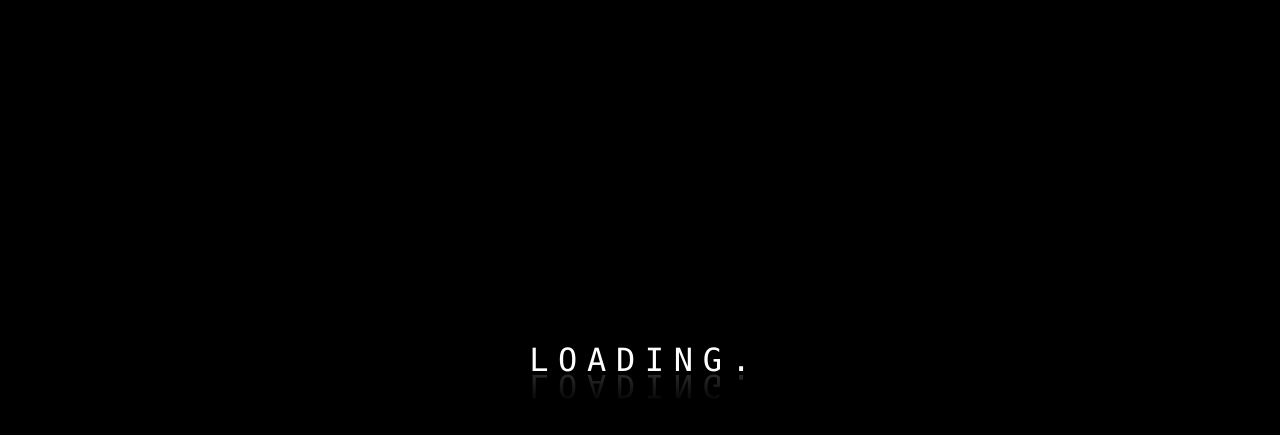
Repository: zjria/loading-text
Page: index.html
The author's editor kept a copy of each file at every save. The page is drawn from the files as they stood at one save, then again after the next save.
The browser window is 1280 px wide. The pictures show the whole page.

Above is the page before, as saved 2022-04-19 08:39:52.

### index.html
<!DOCTYPE html>
<html lang="en">
<head>
    <meta charset="UTF-8">
    <meta http-equiv="X-UA-Compatible" content="IE=edge">
    <meta name="viewport" content="width=device-width, initial-scale=1.0">
    <title>Loading Text</title>
    <!-- css Link -->
    <link rel="stylesheet" href="style.css">
</head>
<body>
    <div class="wavy">

        <span style="--i">L</span>
        <span style="--i">o</span>
        <span style="--i">a</span>
        <span style="--i">d</span>
        <span style="--i">i</span>
        <span style="--i">n</span>
        <span style="--i">g</span>
        <span style="--i">.</span>
</div>
</body>
</html>

### style.css
*{
    margin: 0;
    padding: 0;
    font-family: consolas;
}
body{
    display: flex;
    justify-content: center;
    align-items: center;
    min-height: 100vh;
    background: #000;
}
.wavy{
    position: relative;
    -webkit-box-reflect: below -12px linear-gradient( transparent, rgba(0, 0, 0, 0.2));
}
.wavy span{
    position: relative;
    display: inline-block;
    color: #fff;
    font-size: 2rem;
    text-transform: uppercase;
    animation: animate 1s ease-in-out infinite;
    animation-delay: calc(0.1s * var(--i));
}

@keyframes animate{
    0%{
        transform: translateY(0px);
    }
    20%{
        transform: translateY(-20px);
    }
    40%, 100%{
        transform: translateY(0px);
    }

}

After the next save:
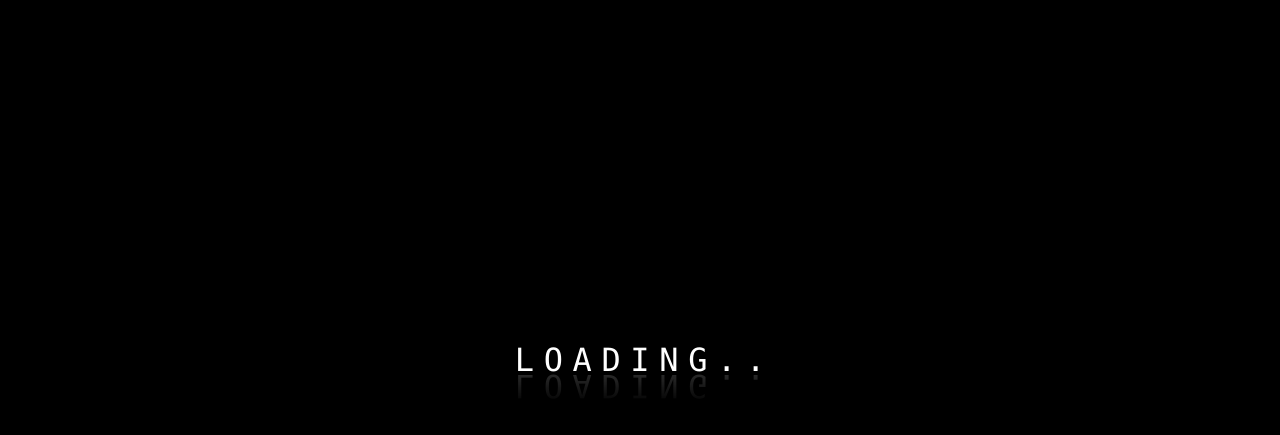
Saved 9 s later.
--- a/index.html
+++ b/index.html
@@ -19,6 +19,7 @@
         <span style="--i">n</span>
         <span style="--i">g</span>
         <span style="--i">.</span>
+        <span style="--i">.</span>
 </div>
 </body>
 </html>
